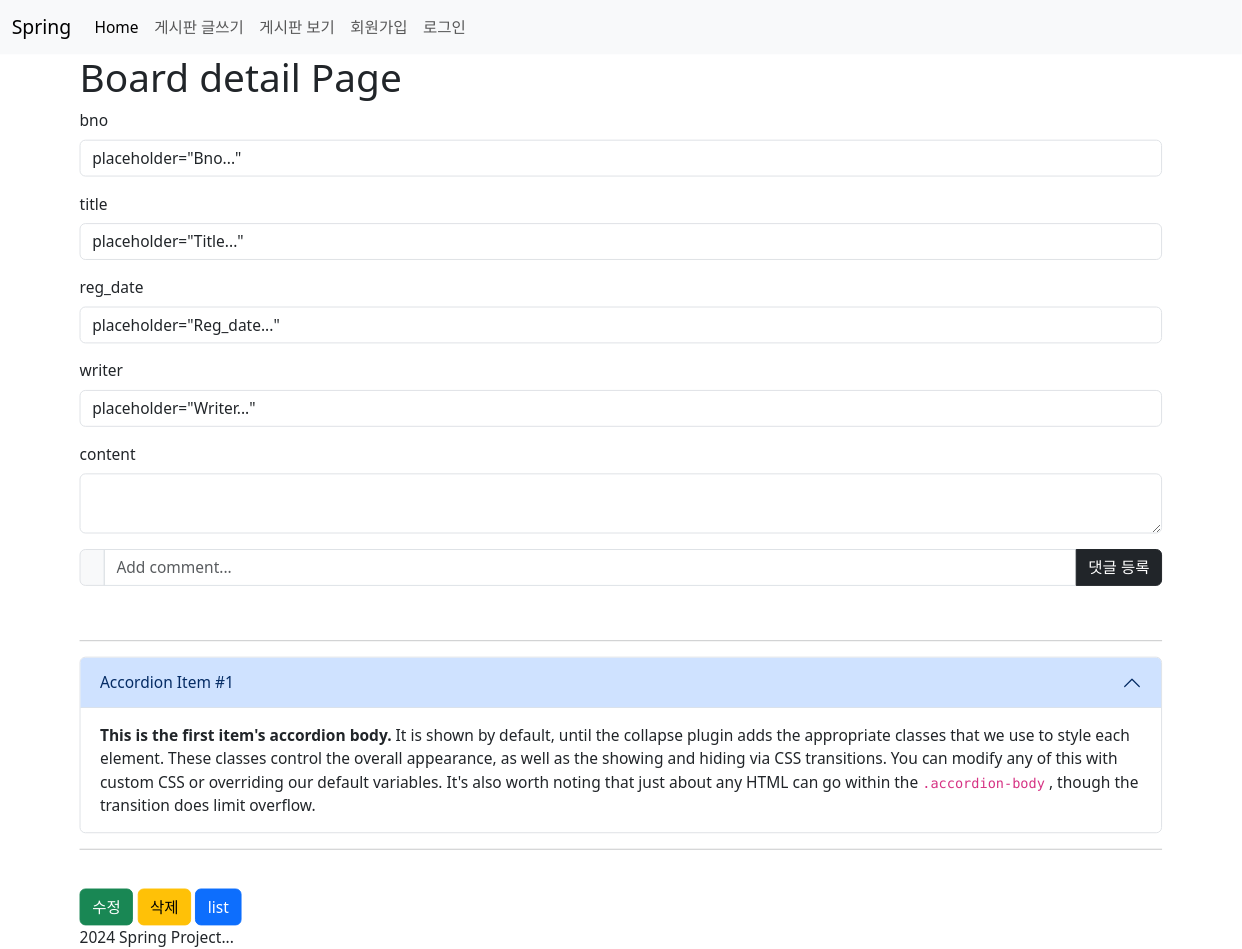
Repository: wanted2001/jsp_project
Page: http://localhost/spring_study/WEB-INF/views/board/detail.jsp
These files come from the project's save history. The page is drawn as it stood at one moment and after the next save; the edit follows.
The browser window is 1280 px wide. The pictures show the whole page, at 97% of full size.
The page is served by Tomcat 9. Nobody is signed in. The template is opened directly, without the code that normally fills it, so the values that code supplies are empty.

Above is the page before, as saved 2024-04-26 02:47:43.

After the next save:
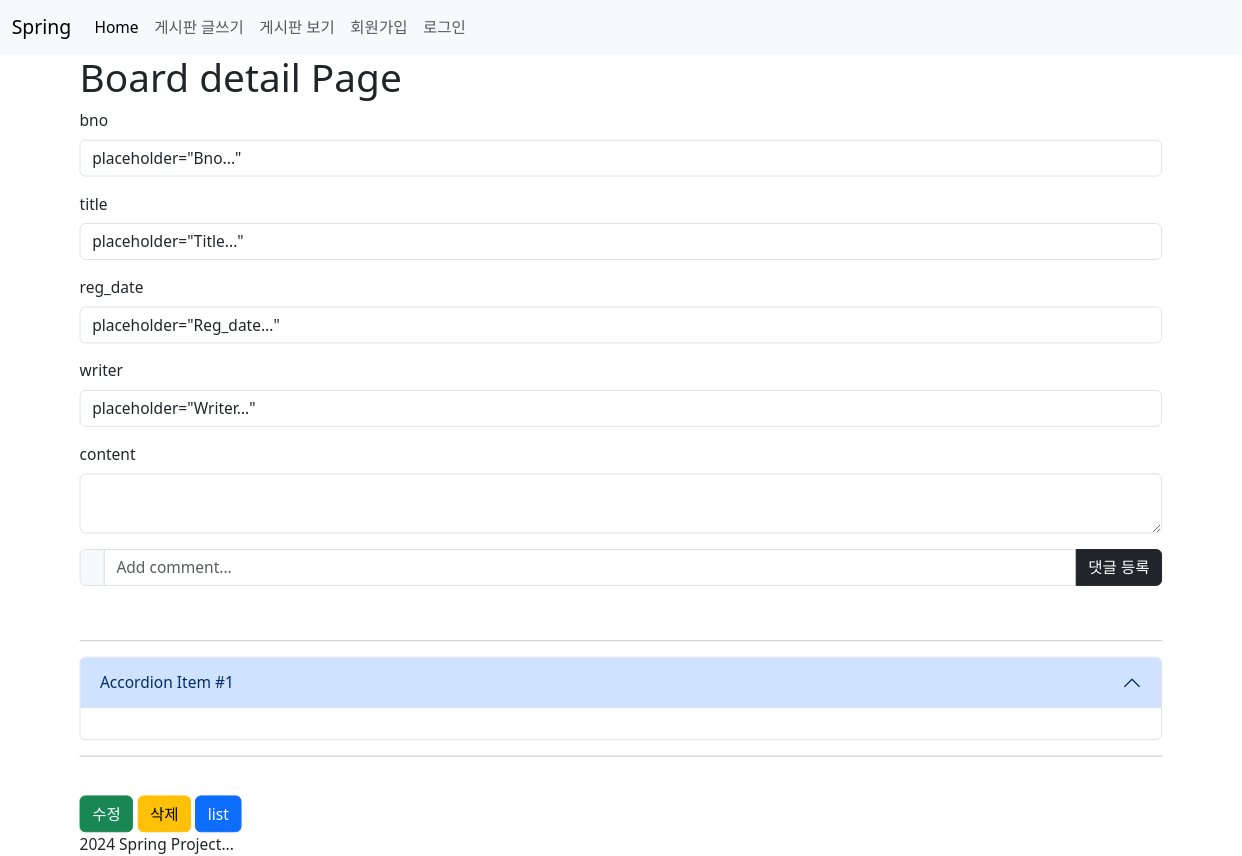
Saved 51 s later.
--- a/spring_study/src/main/webapp/WEB-INF/views/board/detail.jsp
+++ b/spring_study/src/main/webapp/WEB-INF/views/board/detail.jsp
@@ -51,15 +51,7 @@
 			<div id="collapseOne" class="accordion-collapse collapse show"
 				data-bs-parent="#accordionExample">
 				<div class="accordion-body">
-					<strong>This is the first item's accordion body.</strong> It is
-					shown by default, until the collapse plugin adds the appropriate
-					classes that we use to style each element. These classes control
-					the overall appearance, as well as the showing and hiding via CSS
-					transitions. You can modify any of this with custom CSS or
-					overriding our default variables. It's also worth noting that just
-					about any HTML can go within the
-					<code>.accordion-body</code>
-					, though the transition does limit overflow.
+
 				</div>
 			</div>
 		</div>
